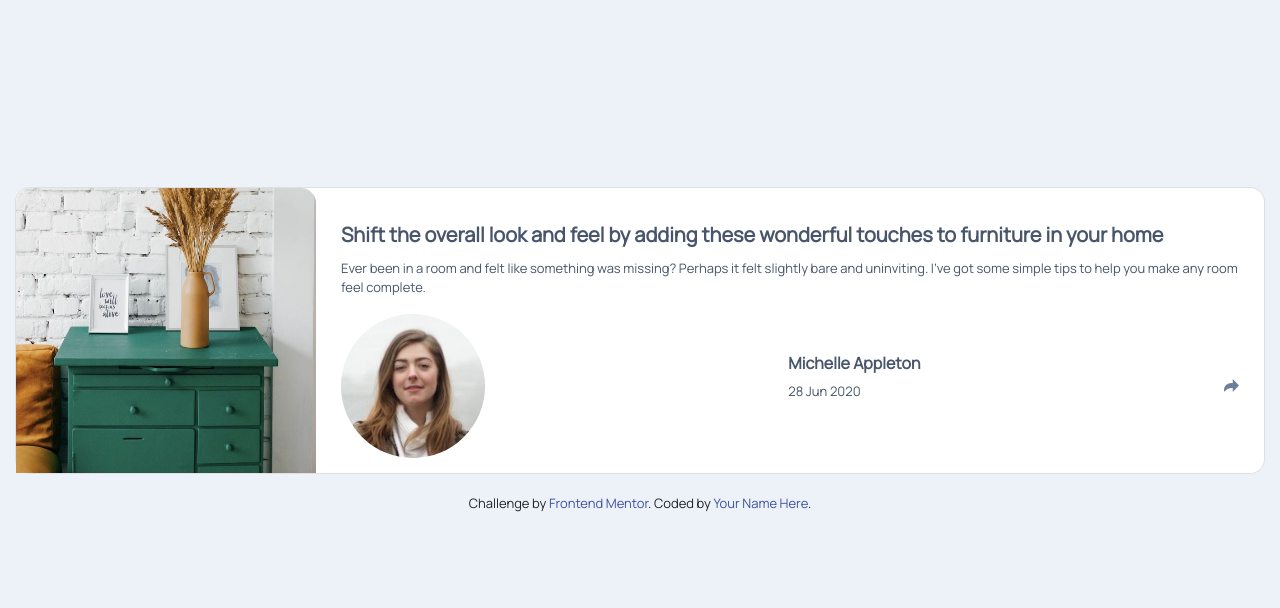
Repository: timiodulate/Article-Preview-Component
Page: index.html
The author's editor kept a copy of each file at every save. The page is drawn from the files as they stood at one save, then again after a run of saves.
The browser window is 1280 px wide. The pictures show the whole page.

Above is the page before, as saved 2020-07-11 12:44:20.

After the next 2 saves:
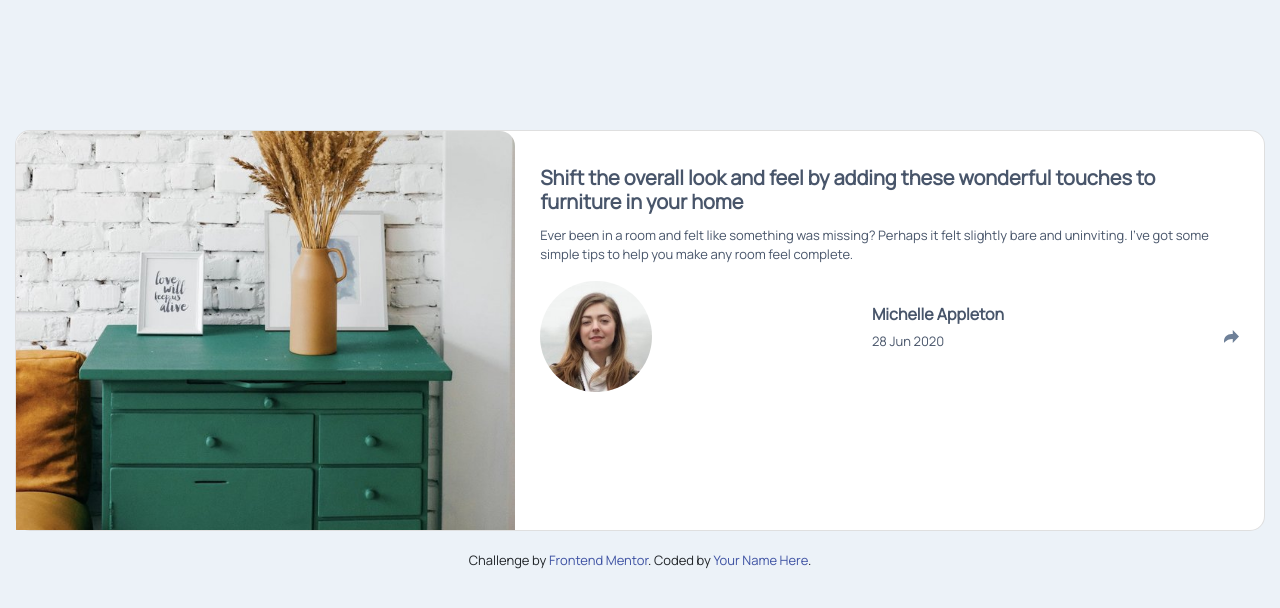
The 2 saves are shown as one change because they came seconds apart.
The last was saved 6 s later.
--- a/css/style.css
+++ b/css/style.css
@@ -94,7 +94,7 @@
         width: fit-content;
     }
     .card-img-top {
-        width: 300px;
+        width: 40%;
     }
 }
 
